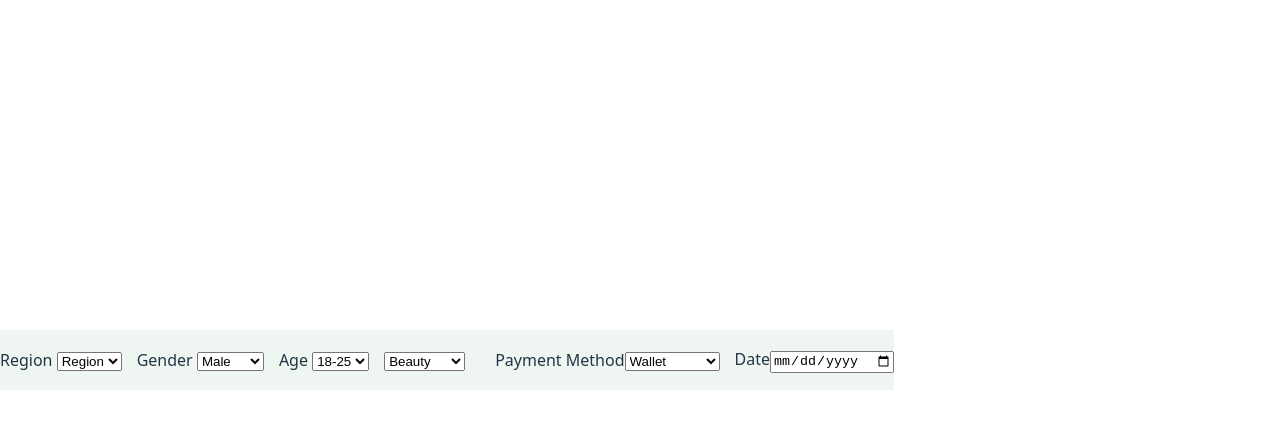
Repository: SandeepYadav18717/TruEstae
Page: / (app in TruEstae/)
The author's editor kept a copy of each file at every save. The page is drawn from the files as they stood at one save, then again after the next save.
The browser window is 1280 px wide. The pictures show the whole page.
The project was rebuilt for these pictures with package versions that can differ from the ones it lists, and the page was loaded fresh each time. Also part of the build but not shown: TruEstae/vite.config.js, TruEstae/src/App.css, TruEstae/src/Styles/Logo.css, TruEstae/src/Pages/Logo.jsx, TruEstae/src/Styles/search_bar.css, TruEstae/src/components/search_bar.jsx.

Above is the page before, as saved 2025-12-07 00:51:53.

After the next save:
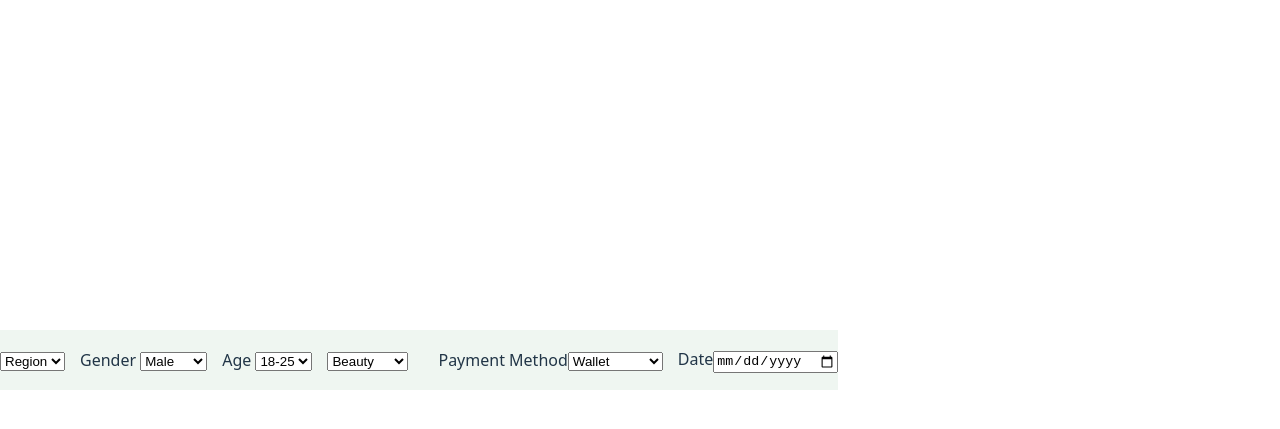
Saved 22 s later.
--- a/TruEstae/src/Pages/Home.jsx
+++ b/TruEstae/src/Pages/Home.jsx
@@ -6,7 +6,7 @@ function Home() {
     <>
       <div className="Container_Ui">
         <div id="Customer_Region">
-          <label>Region </label>
+
           <select defaultValue="">
   <option value="" hidden>Region</option>
   <option>Central</option>
